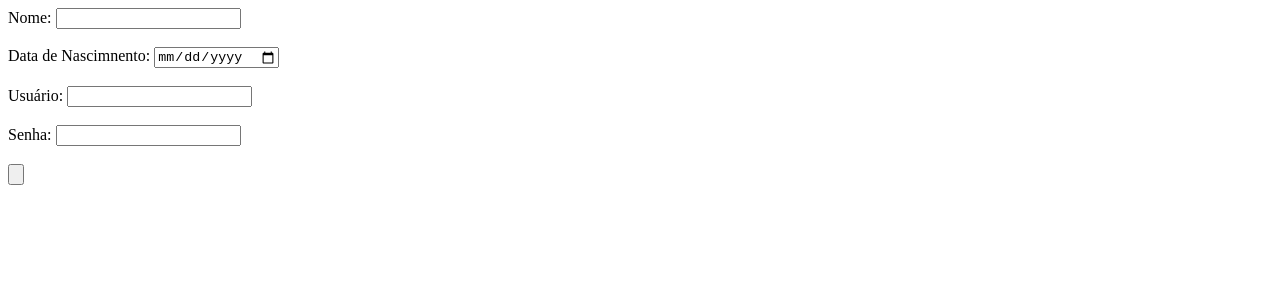
Repository: HigorRoc/Uninove_2021.1_AplicacaoWebQuarta
Page: usersManager/WebContent/formCadastro.html
These files come from the project's save history. The page is drawn as it stood at one moment and after the next save; the edit follows.
The browser window is 1280 px wide. The pictures show the whole page.

Above is the page before, as saved 2021-05-13 00:15:16.

### usersManager/WebContent/formCadastro.html
<!DOCTYPE html>
<html>
<head>
<meta charset="ISO-8859-1">
<title>Cadastro</title>
</head>
<body>
	<form>
		Nome: <input type="text" name="txtnome"><br><br>
		Data de Nascimnento: <input type="date" name="txtdatanascimento"><br><br>
		Usuário: <input type="text" name="txtusuario"><br><br>
		Senha: <input type="password" name="txtsenha"><br><br>
		<input type="submit" value
	</form>
</body>
</html>

After the next save:
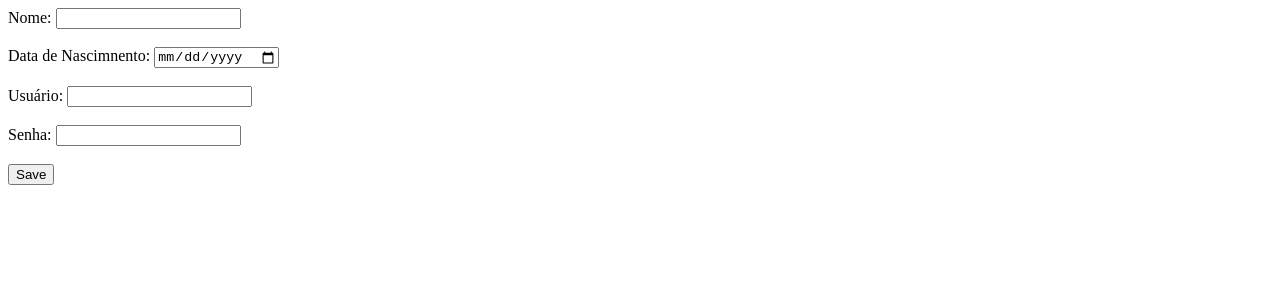
Saved 4 s later.
--- a/usersManager/WebContent/formCadastro.html
+++ b/usersManager/WebContent/formCadastro.html
@@ -10,7 +10,7 @@
 		Data de Nascimnento: <input type="date" name="txtdatanascimento"><br><br>
 		Usuário: <input type="text" name="txtusuario"><br><br>
 		Senha: <input type="password" name="txtsenha"><br><br>
-		<input type="submit" value
+		<input type="submit" value="Save">
 	</form>
 </body>
 </html>
